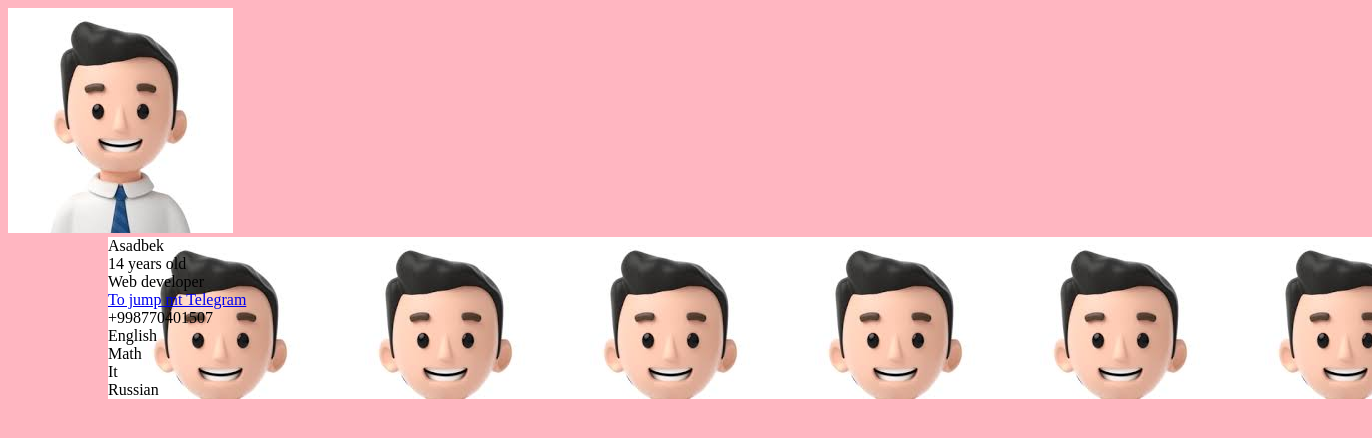
Repository: KHANas02/live-stream
Page: contact.html
An editor plug-in stored every save of this project. The page is shown before and after a run of saves, followed by the edit.
The browser window is 1280 px wide. The page is 1372 px wide, so the pictures cover 1372 px, including what lies to the right of the window. The pictures show the whole page.

Above is the page before, as saved 2024-03-25 07:36:03.

### contact.html
<!DOCTYPE html>
<html lang="en">
<head>
    <meta charset="UTF-8">
    <meta name="viewport" content="width=device-width, initial-scale=1.0">
    <title>Contact with us</title>
    <link rel="stylesheet" href="./index.html">
</head>
<style>
    body{
        background-color: lightpink;
    }
    .text{
        background-image:url(data:[embedded picture, 5823 characters]);
       /* border-top-left-radius:20px;
       border-top-right-radius:60px;
       border-bottom-left-radius:80px;
       border-bottom-right-radius:40px;
       background-repeat:no-repeat;
       width: 50px;
       height: 50px; */
       position: relative;
        left: 100px;
        bac
    }

    </style>
<body>
    <div class="container">
  <div class="contact-card">
    <div class="avatar"><img src="data:[embedded picture, 5823 characters]" alt=""></div>
    <div class="text"></div>
  </div>
  <div class="text">Asadbek <br>
14 years old <br>
Web developer <br>
<a href=" https://t.me/wzb_02">To jump mt Telegram</a> <br>
+998770401507 <br>
English <br>
Math <br>
It <br>
Russian <br>

    </div>


</div>
  <div class="contact-card">
    <div class="avatar"></div>
    <div class="text"></div>
  </div>
  <div id="magnifying-glass">
    <div id="glass"></div>
    <div id="handle">
       </div>
</body>
</html>

### index.html
<!DOCTYPE html>
<html lang="en">
  <head>
    <meta charset="UTF-8" />
    <head name="viewport" content="width=device-width, initial-scale=1.0">
      <title>Englify Live_stream</title>
      <link rel="stylesheet" href="./style.css" />
    </head>
    <style>
      .div1Img {
        font-size: 70px;
        font-family: serif;
        font-weight: 100;
        color: rgb(255, 0, 157);
        position: relative;
        left: 25px;
        top: 70px;
      }
      .div2 {
        font-size: 70px;
        font-family: serif;
        font-weight: 100;
        color: rgb(255, 0, 157);
        position: relative;
        left: 25px;
        top: 70px;
      }
      .div3 {
        font-size: 70px;
        font-family: serif;
        font-weight: 100;
        color: rgb(255, 0, 157);
        position: relative;
        left: 25px;
        top: 450px;
      }
    </style>
    <html>
      <body>
        <div class="div1">
          <div class="div1Img">JOIN TO OUR LIVE STREAM</div>
        </div>
        <div class="div2">
          Todat at 21:00 <br />
          Only with coffee
        </div>
        <div class="div3">
          Our on the telegram
          <br />
          @englify_asp <br />
          And join to us
        </div>
        <div class="hamburger-menu">
          <input id="menu__toggle" type="checkbox" />
          <label class="menu__btn" for="menu__toggle">
            <span></span>
          </label>

          <ul class="menu__box">
            <li><a class="menu__item" href="index.html">Главная</a></li>
            <li>
              <a class="menu__item" href="speaking.html"
                >Speaking полезная функция</a
              >
            </li>
            <li><a class="menu__item" href="group.html">участники прямой трансляции</a></li>
            <li><a class="menu__item" href="#">Блог</a></li>
            <li><a class="menu__item" href="contact.html">Контакты</a></li>
          </ul>
        </div>
      </body>
    </html>
  </head>
</html>

After the next 2 saves:
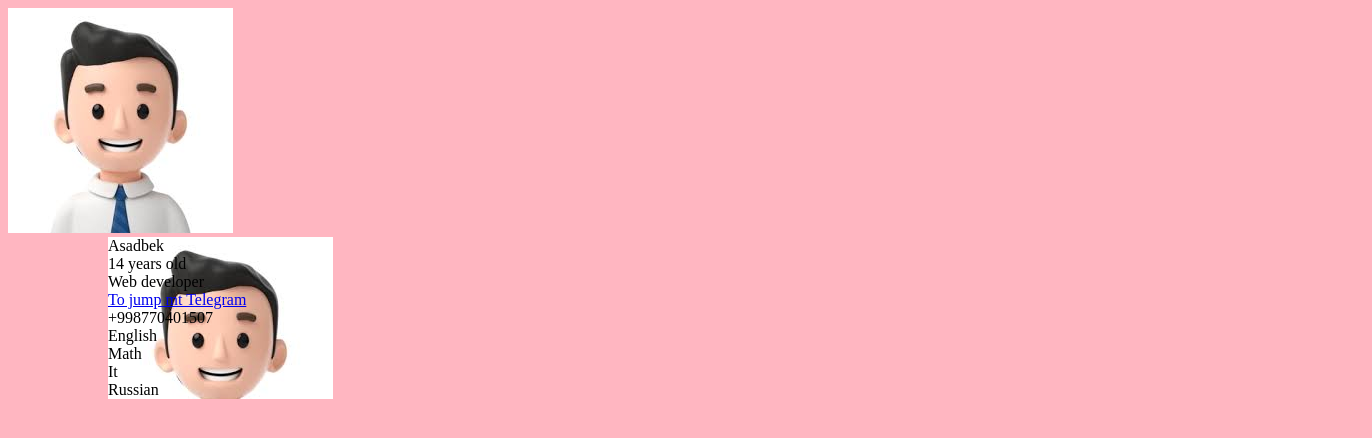
The 2 saves are shown as one change because they came seconds apart.
The last was saved 7 s later.
--- a/contact.html
+++ b/contact.html
@@ -21,7 +21,7 @@
        height: 50px; */
        position: relative;
         left: 100px;
-        bac
+        background-repeat: no-repeat;
     }
 
     </style>

After the save that followed:
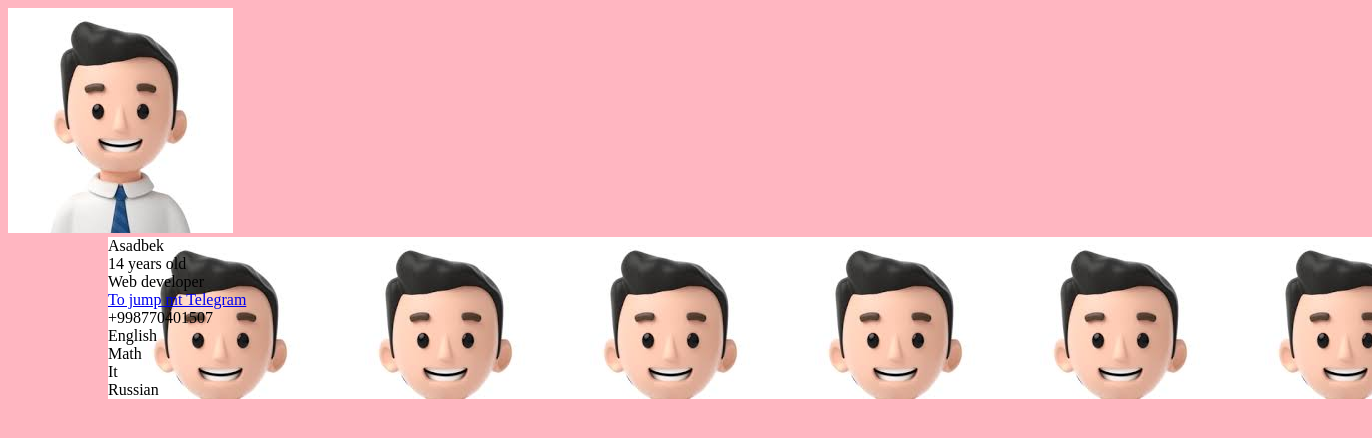
Saved 31 s later.
--- a/contact.html
+++ b/contact.html
@@ -21,6 +21,7 @@
        height: 50px; */
        position: relative;
         left: 100px;
+        bootom
         background-repeat: no-repeat;
     }
 
